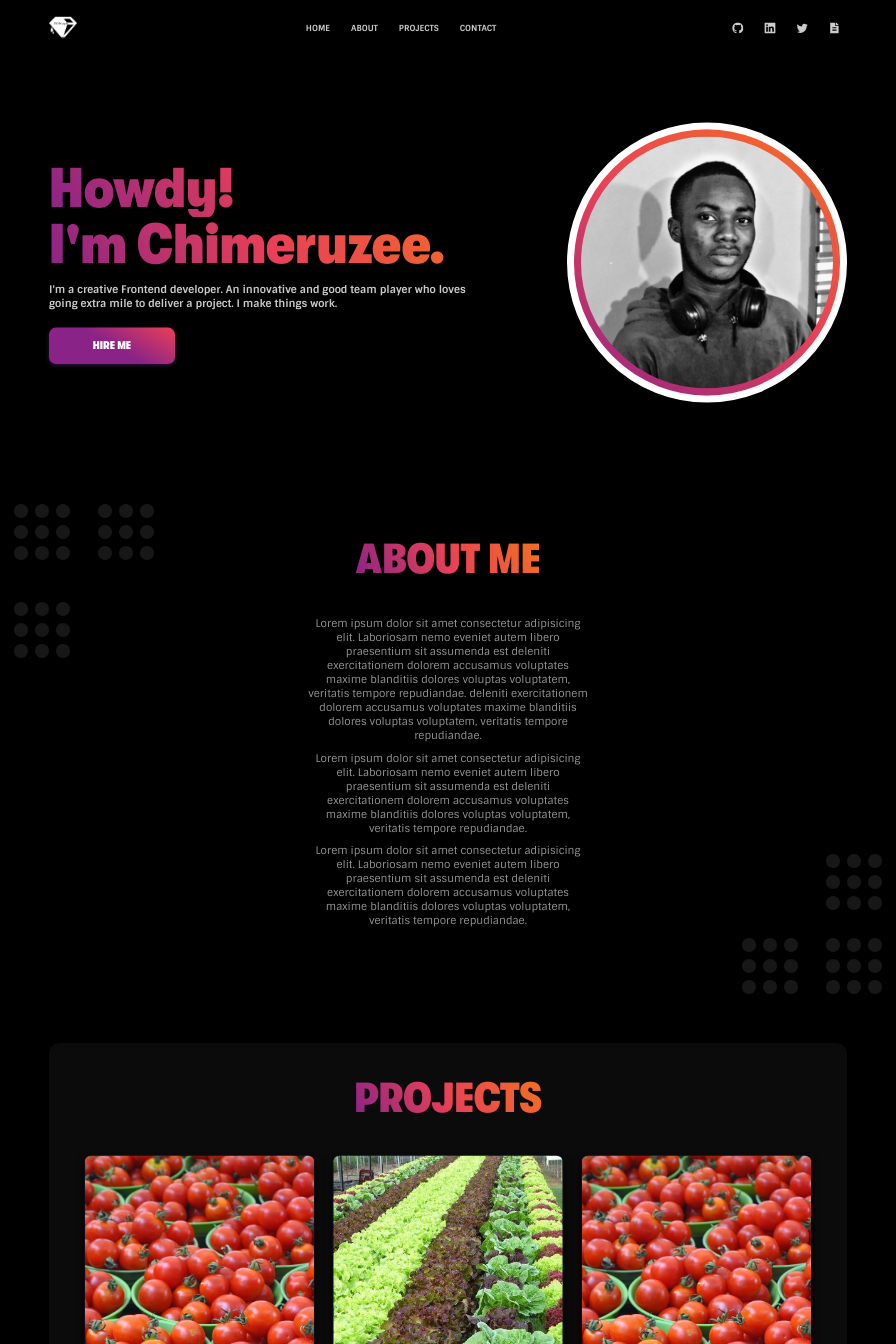
Repository: Ehceyn/ChimeruzeePortfolio
Page: /
The author's editor kept a copy of each file at every save. The page is drawn from the files as they stood at one save, then again after the next save.
The browser window is 1280 px wide. The pictures show the part of the page from y = 0 to 1920 px (the page is 4486 px tall), at 70% of full size.
The pointer rests on the first visible `.buttonGrad`.
The project was rebuilt for these pictures with package versions that can differ from the ones it lists, and the page was loaded fresh each time. The framework's server and built-in components were replaced by stand-ins that run in the browser. Also part of the build but not shown: next.config.js, src/components/Timeline/Timeline.js, src/components/Accomplishments/Accomplishments.js.

Above is the page before, as saved 2022-07-17 17:41:38.

After the next save:
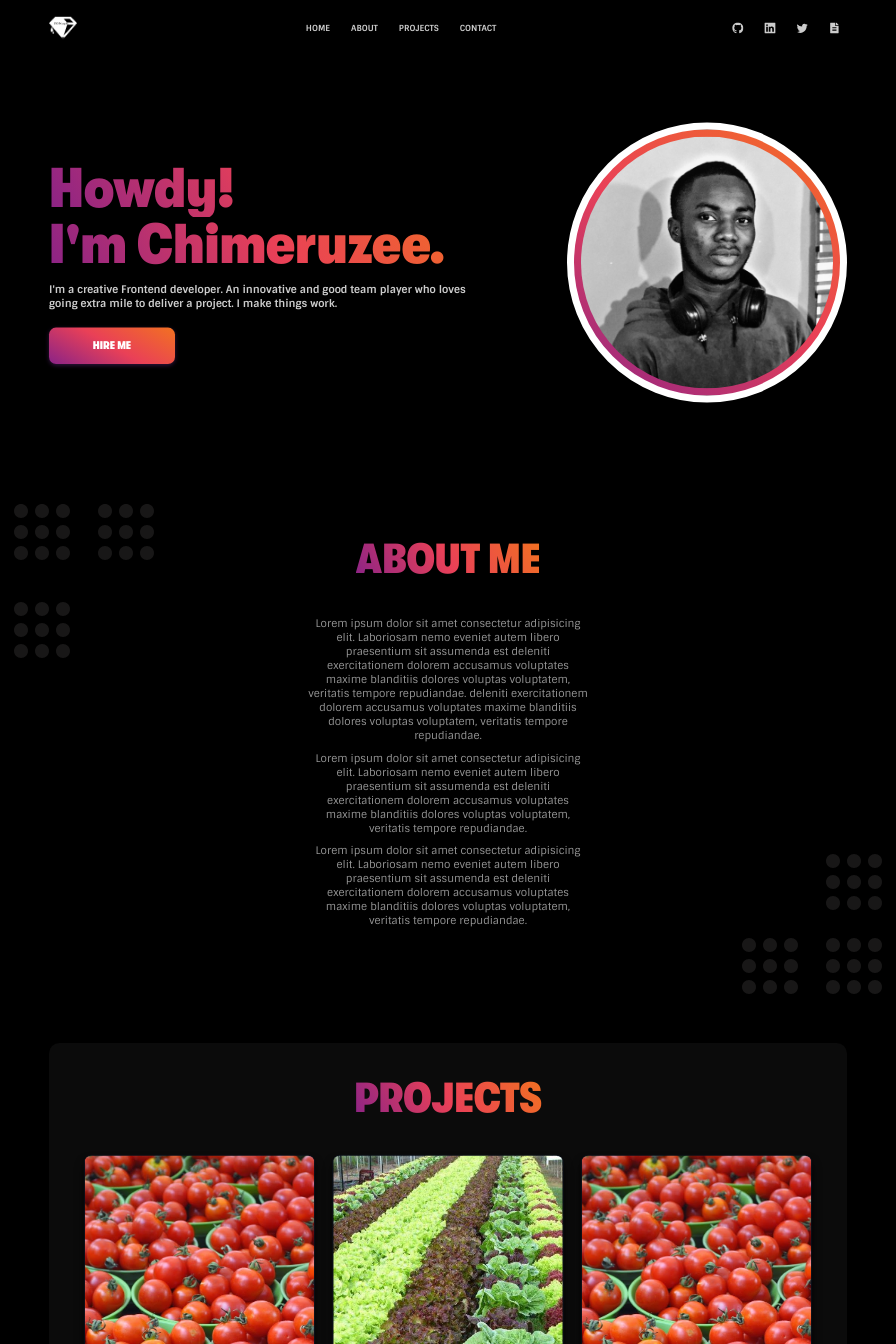
Saved 48 s later.
--- a/styles/global.css
+++ b/styles/global.css
@@ -118,7 +118,7 @@ button:focus {
 }
 
 .buttonGrad:hover {
-  background: linear-gradient(210deg, #e94057, #8a2387, #8a2387);
+  background: linear-gradient(210deg, #f27121, #e94057, #8a2387);
   background-position: 100% 0;
   moz-transition: all 0.4s ease-in-out;
   -o-transition: all 0.4s ease-in-out;
